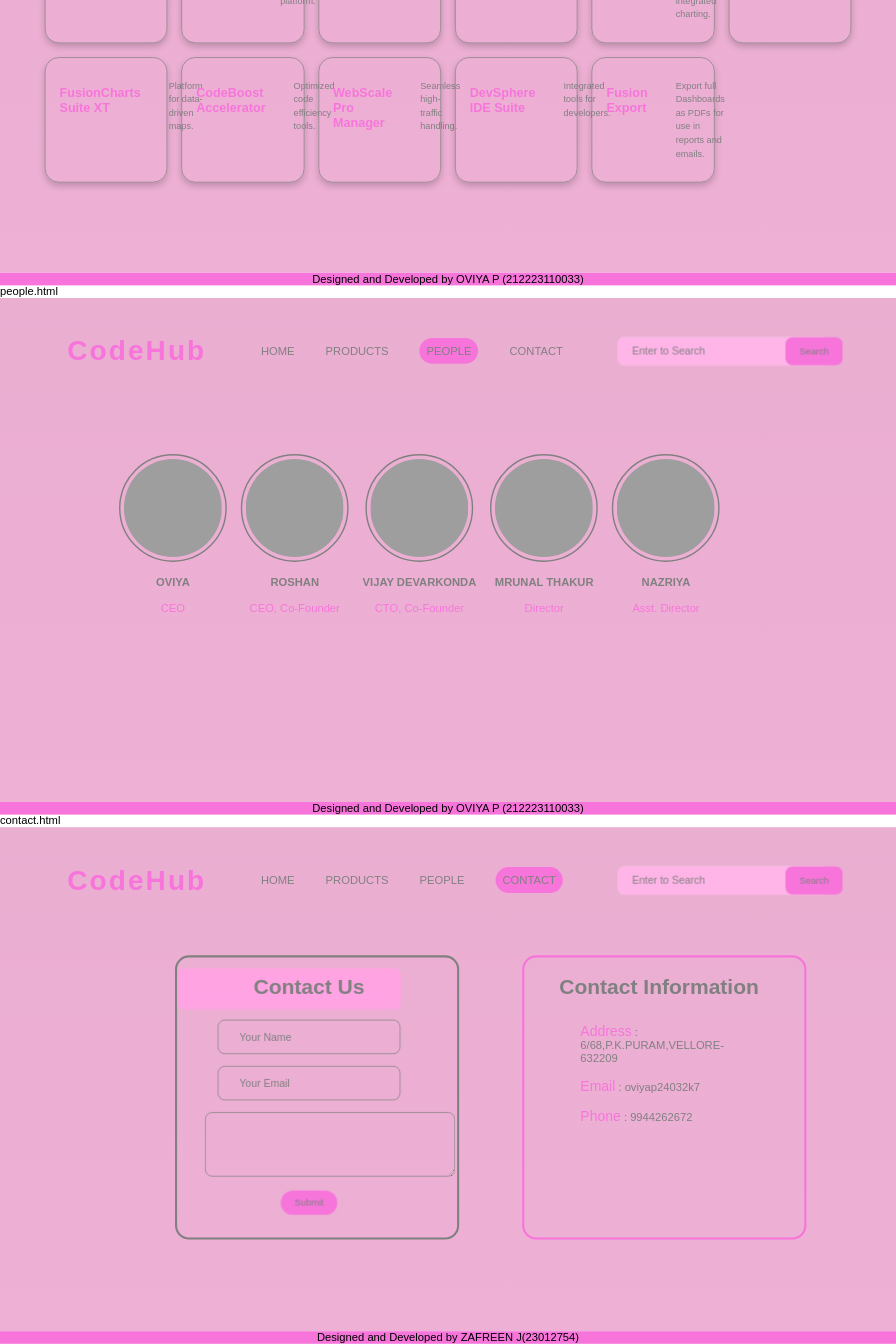
Repository: Oviya24032K6/softweb
Page: oviya/softapp/static/soft.html
These files come from the project's save history. The page is drawn as it stood at one moment and after the next save; the edit follows.
The browser window is 1280 px wide. The pictures show the part of the page from y = 1104 to 3024 px (the page is 3024 px tall), at 70% of full size.
Pictures or frames that could not be fetched are drawn as grey boxes.

Above is the page before, as saved 2024-04-16 13:20:12.

After the next save:
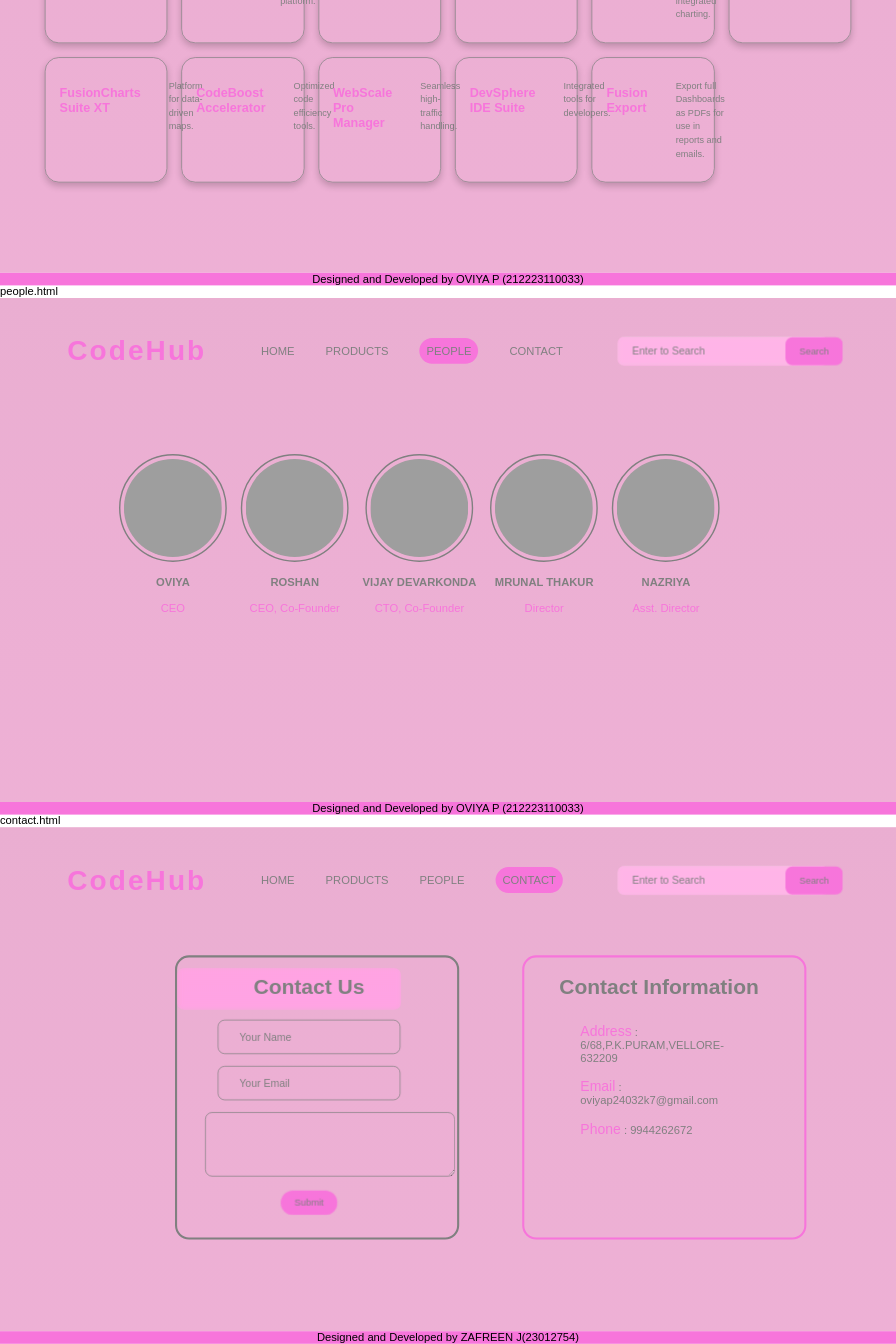
Saved 4 s later.
--- a/oviya/softapp/static/soft.html
+++ b/oviya/softapp/static/soft.html
@@ -777,7 +777,7 @@ contact.html
             <div class="box-2">
                 <h2> Contact Information </h2>
                 <p> <span>Address</span> : 6/68,P.K.PURAM,VELLORE-632209 </p>
-                <p> <span>Email</span> : oviyap24032k7 </p>
+                <p> <span>Email</span> : oviyap24032k7@gmail.com </p>
                 <p> <span>Phone</span> : 9944262672 </p>
             </div>
         </div>
